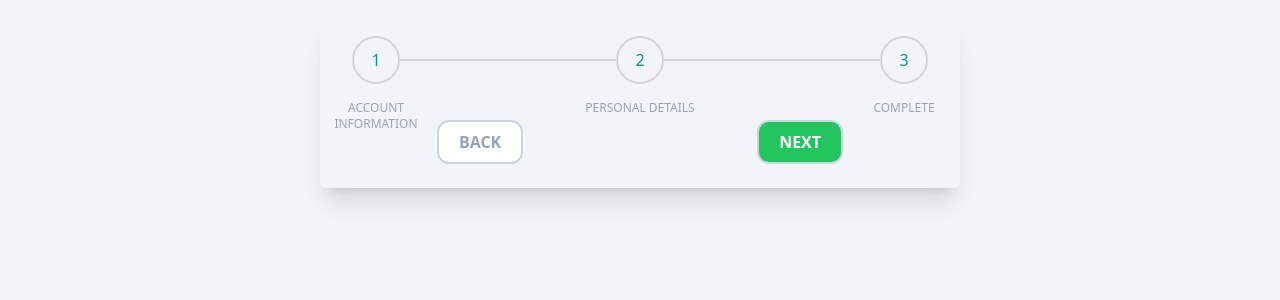
Repository: OmniaRafat232111121/reactstepper
Page: /
An editor plug-in stored every save of this project. The page is shown before and after the next save, followed by the edit.
The browser window is 1280 px wide. The pictures show the whole page.
The project was rebuilt for these pictures with package versions that can differ from the ones it lists, and the page was loaded fresh each time. Also part of the build but not shown: src/App.css, src/Component/steps/Account.js, src/Component/steps/Details.js, src/Component/steps/Final.js.

Above is the page before, as saved 2023-02-22 12:44:10.

After the next save:
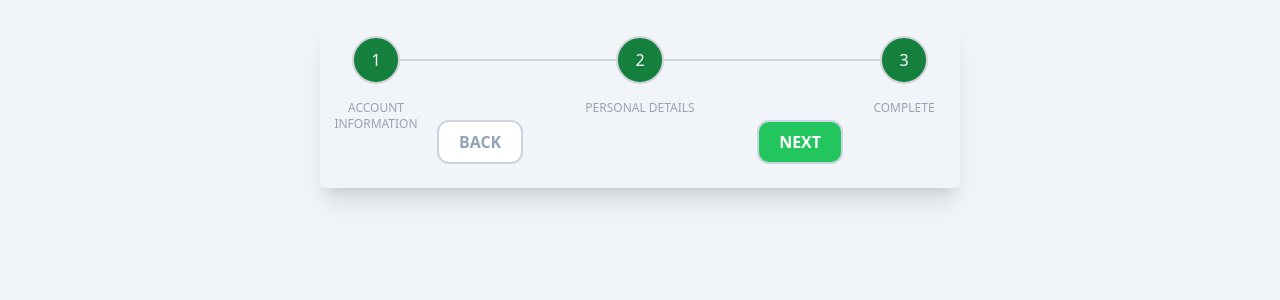
Saved 18 s later.
--- a/src/Component/Stepper.js
+++ b/src/Component/Stepper.js
@@ -78,7 +78,7 @@ const Stepper = ({ steps, currentStep }) => {
             className={`rounded-full transition duration-500 ease-in-out border-2 border-gray-300 h-12 w-12 flex items-center justify-center py-3  ${
               step.selected
                 ? " bg-green-600 text-white font-bold border border-green-600 "
-                : " "
+                : " bg-green-700 text-white"
             }`}
           >
             {step.completed ? (
